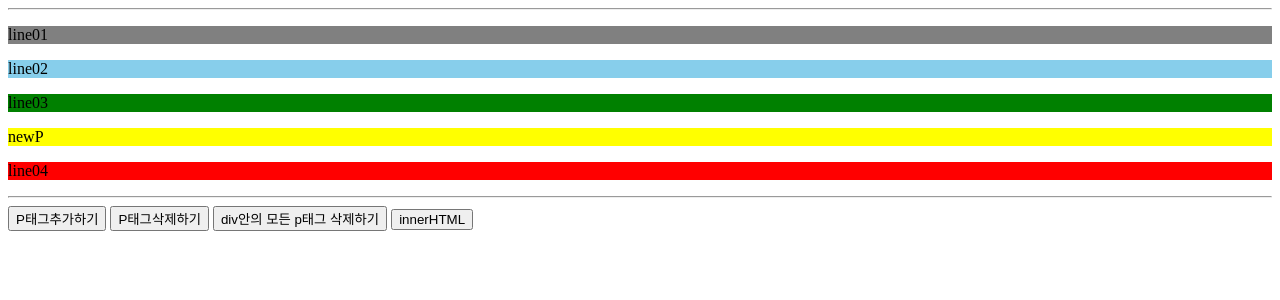
Repository: insunkang/JSP
Page: clientweb/WebContent/jQuery/domExam.html
An editor plug-in stored every save of this project. The page is shown before and after the next save, followed by the edit.
The browser window is 1280 px wide. The pictures show the whole page.
After loading, the first visible `button` was clicked once.

Above is the page before, as saved 2020-01-10 04:49:03.

After the next save:
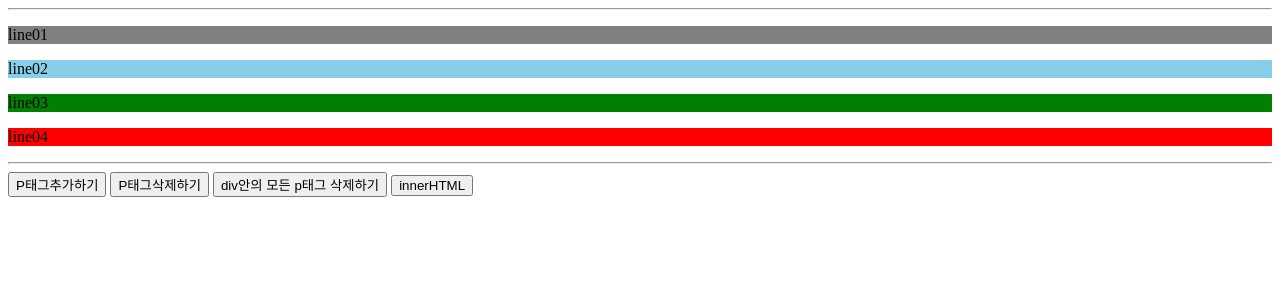
Console error: TypeError: parentNode.insert is not a function
Saved 35 s later.
--- a/clientweb/WebContent/jQuery/domExam.html
+++ b/clientweb/WebContent/jQuery/domExam.html
@@ -15,7 +15,7 @@
 
 		targetNode = document.getElementById("last");
 
-		parentNode.insertBefore(pNode, targetNode);
+		parentNode.insert(pNode);
 
 	}
 

After the save that followed:
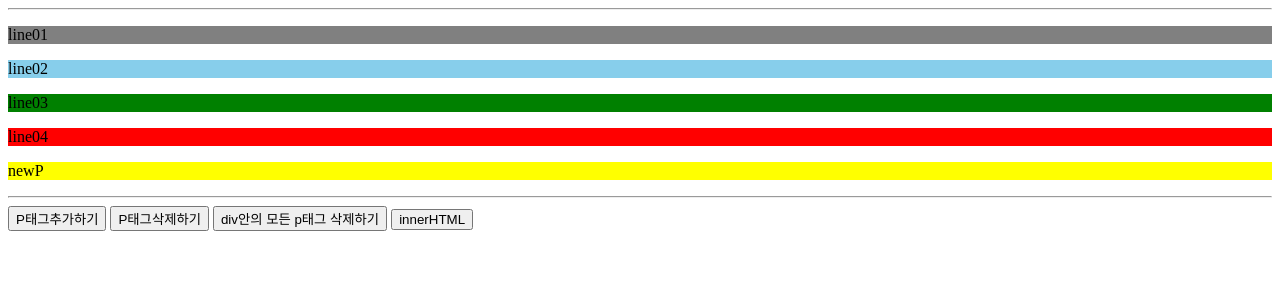
The error is gone.
Saved 30 s later.
--- a/clientweb/WebContent/jQuery/domExam.html
+++ b/clientweb/WebContent/jQuery/domExam.html
@@ -15,7 +15,7 @@
 
 		targetNode = document.getElementById("last");
 
-		parentNode.insert(pNode);
+		parentNode.appendChild(pNode);
 
 	}
 
